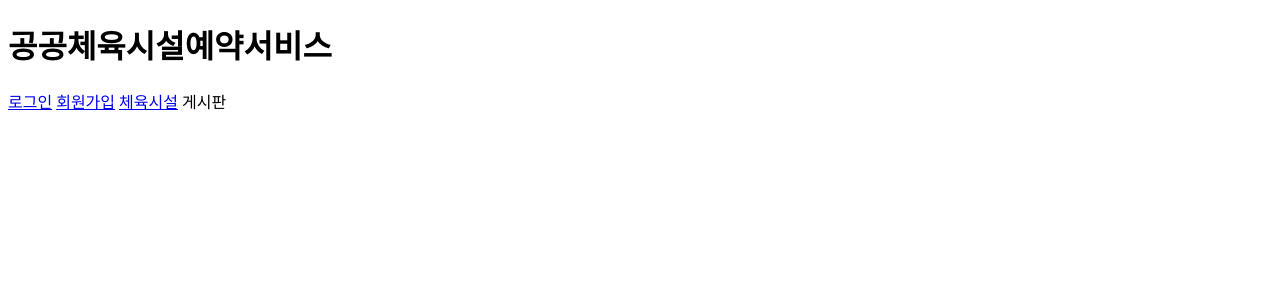
Repository: shinyunseok/portfolio1
Page: portfolio/src/main/resources/static/index.html
An editor plug-in stored every save of this project. The page is shown before and after the next save, followed by the edit.
The browser window is 1280 px wide. The pictures show the whole page.

Above is the page before, as saved 2023-05-24 08:03:32.

After the next save:
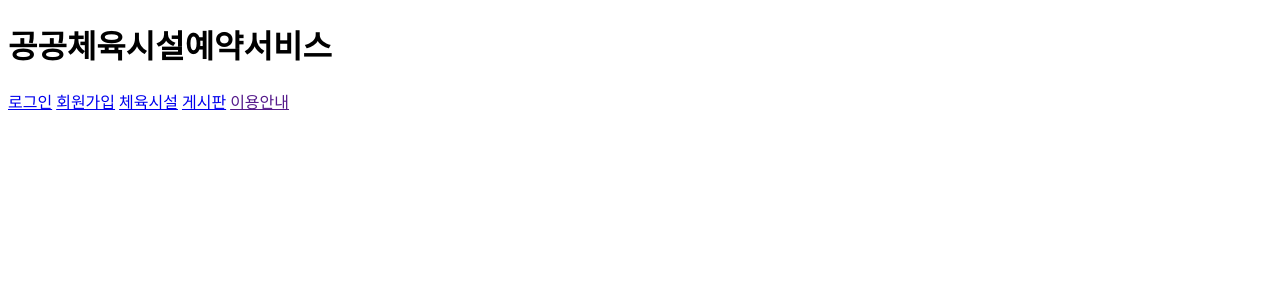
Saved 29 s later.
--- a/portfolio/src/main/resources/static/index.html
+++ b/portfolio/src/main/resources/static/index.html
@@ -6,10 +6,8 @@
 </head>
 <body>
 	<h1>공공체육시설예약서비스</h1> <a href="login.do">로그인</a> <a href="insertUser.do">회원가입</a>
-
-
-
 	<a href="#">체육시설</a>
-	<a >게시판</a>
+	<a href="#">게시판</a>
+	<a href="">이용안내</a>
 </body>
 </html>
